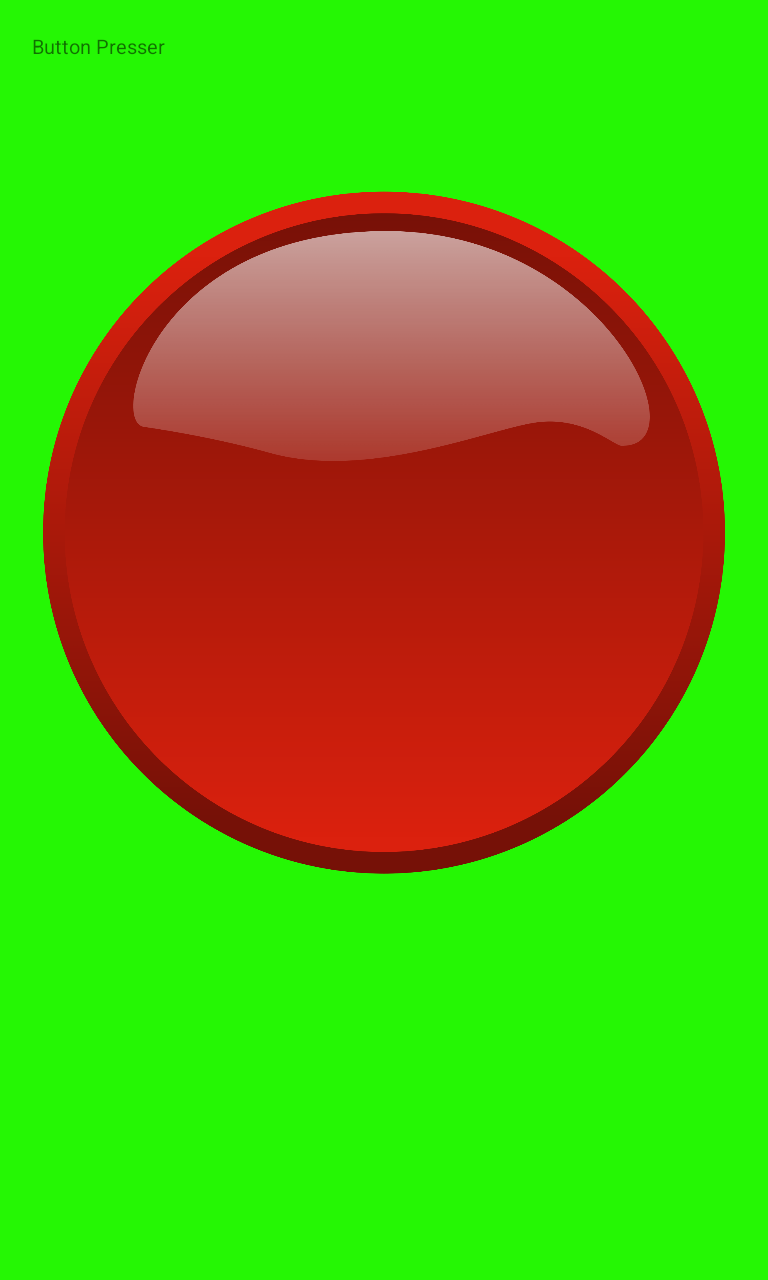
Repository: sameerisa/idtech-yale-android
Layout: ButtonPresser/res/layout/fragment_main.xml
An editor plug-in stored every save of this project. The layout is shown before and after the next save, followed by the edit.
It is drawn on a 768 x 1280 px phone screen (xhdpi) without system bars, with theme AppTheme; the app's code is not run.

Above is the layout before, as saved 2014-06-25 15:42:22.

### ButtonPresser/res/layout/fragment_main.xml
<RelativeLayout xmlns:android="http://schemas.android.com/apk/res/android"
    xmlns:tools="http://schemas.android.com/tools"
    android:layout_width="match_parent"
    android:layout_height="match_parent"
    android:paddingBottom="@dimen/activity_vertical_margin"
    android:paddingLeft="@dimen/activity_horizontal_margin"
    android:paddingRight="@dimen/activity_horizontal_margin"
    android:paddingTop="@dimen/activity_vertical_margin"
    tools:context="com.example.buttonpresser.MainActivity$PlaceholderFragment"
    android:background="#25f704">

    <TextView
        android:layout_width="wrap_content"
        android:layout_height="wrap_content"
        android:text="Button Presser"
        android:textSize="10sp" />
<ImageView
   android:id="@+id/button"
   android:layout_width="500dp"
   android:layout_height="500dp"
   android:src="@drawable/button" />

   </RelativeLayout>

Loaded but not shown: ButtonPresser/res/values/styles.xml (common file); ButtonPresser/res/values-v11/styles.xml (common file); ButtonPresser/res/values-v14/styles.xml (common file); ButtonPresser/res/values/dimens.xml (common file); ButtonPresser/res/values-w820dp/dimens.xml (common file)

After the next save:
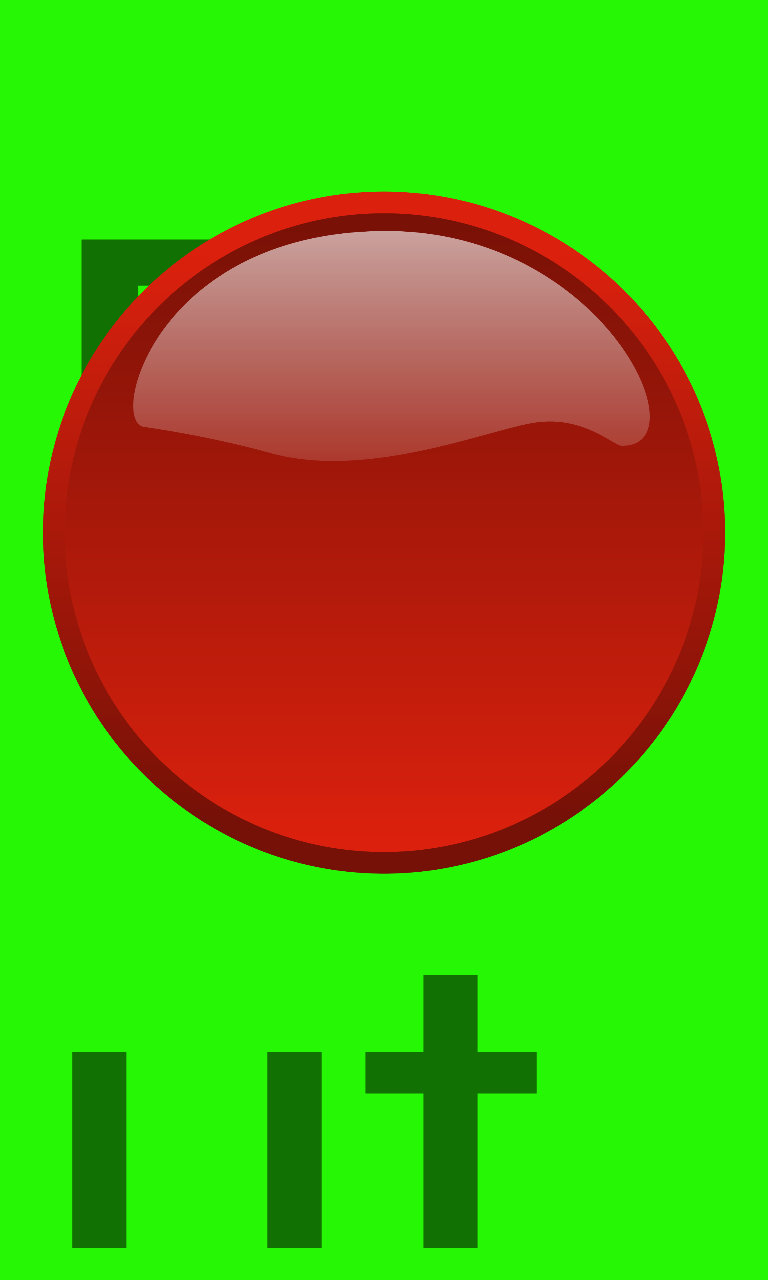
Saved 24 s later.
--- a/ButtonPresser/res/layout/fragment_main.xml
+++ b/ButtonPresser/res/layout/fragment_main.xml
@@ -13,7 +13,7 @@
         android:layout_width="wrap_content"
         android:layout_height="wrap_content"
         android:text="Button Presser"
-        android:textSize="10sp" />
+        android:textSize="300sp" />
 <ImageView
    android:id="@+id/button"
    android:layout_width="500dp"
